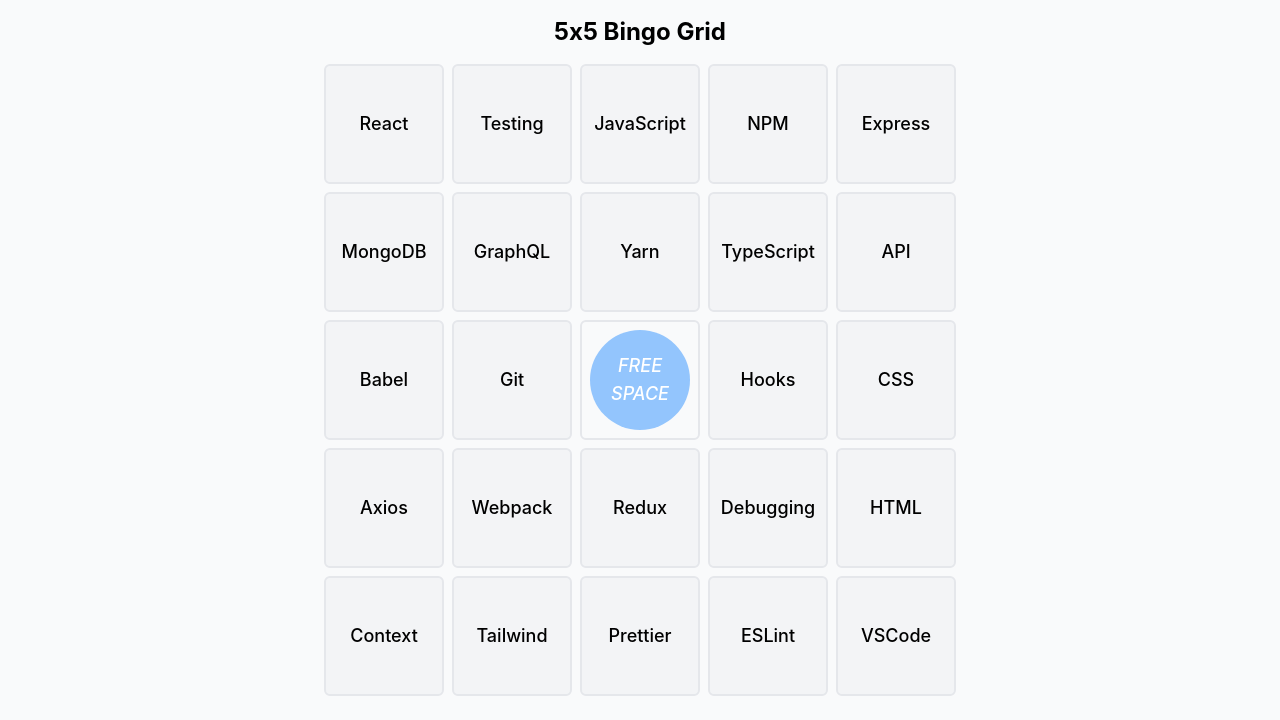
Repository: yassirbn/football-bingo
Page: /
An editor plug-in stored every save of this project. The page is shown before and after the next save, followed by the edit.
The browser window is 1280 px wide. The pictures show the whole page.
The project was rebuilt for these pictures with package versions that can differ from the ones it lists, and the page was loaded fresh each time.

Above is the page before, as saved 2024-11-26 18:21:55.

### src/index.css

@import url('https://fonts.googleapis.com/css2?family=Caveat:wght@400;700&display=swap');

@tailwind base;
@tailwind components;
@tailwind utilities;


body {
  margin: 0;
  font-family: -apple-system, BlinkMacSystemFont, 'Segoe UI', 'Roboto', 'Oxygen',
    'Ubuntu', 'Cantarell', 'Fira Sans', 'Droid Sans', 'Helvetica Neue',
    sans-serif;
  -webkit-font-smoothing: antialiased;
  -moz-osx-font-smoothing: grayscale;
}

code {
  font-family: source-code-pro, Menlo, Monaco, Consolas, 'Courier New',
    monospace;
}

### src/App.js
import React from "react";
import BingoGrid from "./component/BingoGrid/BingoGrid";


const App = () => {
  const words = [
    "React", "JavaScript", "CSS", "HTML", "Tailwind",
    "Redux", "API", "NodeJS", "Express", "MongoDB",
    "GraphQL", "TypeScript", "Hooks", "Context", "Webpack",
    "Babel", "Git", "NPM", "Yarn", "ESLint",
    "Prettier", "Testing", "Axios", "VSCode", "Debugging"
  ];

  return (
    <div className="min-h-screen bg-gray-50 flex items-center justify-center">
      <BingoGrid words={words} />
    </div>
  );
};

export default App;

### src/component/BingoGrid/BingoGrid.js
import React, { useState } from "react";

const BingoGrid = ({ words }) => {
  const gridSize = 5; // 5x5 grid
  const totalCells = gridSize * gridSize;

  // Shuffle words only once and store in state
  const initializeGrid = () => {
    const shuffledWords = [...words].sort(() => 0.5 - Math.random()).slice(0, totalCells);

    // Fill with placeholders if not enough words
    while (shuffledWords.length < totalCells) {
      shuffledWords.push("PLACEHOLDER");
    }

    // Replace the center cell with "FREE SPACE"
    const centerIndex = Math.floor(totalCells / 2);
    shuffledWords[centerIndex] = "FREE SPACE";

    return shuffledWords;
  };

  const [gridWords] = useState(initializeGrid);
  const [selectedCells, setSelectedCells] = useState(
    Array(totalCells).fill(false).map((_, i) => i === Math.floor(totalCells / 2)) // Center (FREE SPACE) is pre-selected
  );
  const [bingo, setBingo] = useState(false);

  // Handle cell click
  const handleCellClick = (index) => {
    if (gridWords[index] === "FREE SPACE" || selectedCells[index]) return; // Ignore clicks on FREE SPACE or already selected cells

    const updatedSelection = [...selectedCells];
    updatedSelection[index] = true;
    setSelectedCells(updatedSelection);

    // Check for Bingo
    checkForBingo(updatedSelection);
  };

  // Check for Bingo
  const checkForBingo = (selected) => {
    const checkLine = (line) => line.every((index) => selected[index]);

    // Generate all rows, columns, and diagonals
    const rows = Array.from({ length: gridSize }, (_, i) =>
      Array.from({ length: gridSize }, (_, j) => i * gridSize + j)
    );
    const cols = Array.from({ length: gridSize }, (_, i) =>
      Array.from({ length: gridSize }, (_, j) => j * gridSize + i)
    );
    const diagonal1 = Array.from({ length: gridSize }, (_, i) => i * gridSize + i);
    const diagonal2 = Array.from({ length: gridSize }, (_, i) => (i + 1) * gridSize - (i + 1));

    const lines = [...rows, ...cols, diagonal1, diagonal2];

    if (lines.some(checkLine)) {
      setBingo(true); // Set Bingo to true to trigger animations
    }
  };

  return (
    <div className="p-4 relative h-screen overflow-hidden">
      {/* Fireworks Animation */}
      {bingo && (
        <div className="absolute inset-0 z-20 flex justify-center items-center pointer-events-none">
          {/* Firework Particles */}
          {Array.from({ length: 300 }).map((_, idx) => (
            <div
              key={idx}
              className="fireworks-particle w-4 h-4 rounded-full absolute animate-fireworks"
              style={{
                "--x": `${Math.random() * 120 - 60}vw`, // Expanded X direction
                "--y": `${Math.random() * 120 - 60}vh`, // Expanded Y direction
                "--size": `${Math.random() * 10 + 5}px`, // Random size (larger particles)
                "--duration": `${Math.random() * 2 + 1.5}s`, // Increased duration for longer explosion
                "--delay": `${Math.random() * 0.5}s`, // Random delay
                backgroundColor: `hsl(${Math.random() * 360}, 100%, 50%)`, // Random color (HSL)
                transform: `rotate(${Math.random() * 360}deg)` // Random rotation for more chaos
              }}
            ></div>
          ))}
        </div>
      )}

      {/* Bingo Text Animation */}
      {bingo && (
        <div className="absolute inset-0 flex items-center justify-center z-10 animate-bingo-fade">
          <h2 className="text-7xl sm:text-8xl md:text-9xl lg:text-10xl font-extrabold text-red-600 animate-bingo-shake">
            BINGO!
          </h2>
        </div>
      )}

      {/* Bingo Grid */}
      <h1 className="text-center text-2xl font-bold mb-4">5x5 Bingo Grid</h1>
      <div
        className="grid gap-2"
        style={{
          gridTemplateColumns: `repeat(${gridSize}, minmax(50px, 1fr))`,
        }}
      >
        {gridWords.map((word, index) => (
          <div
            key={index}
            className={`flex items-center justify-center border-2 rounded-md text-center font-medium aspect-square p-2
              ${selectedCells[index] ? "bg-transparent" : "bg-gray-100 hover:bg-blue-200 cursor-pointer"}
              ${word === "FREE SPACE" ? "cursor-default" : ""}`}
            onClick={() => handleCellClick(index)}
          >
            <div
              className={`${
                selectedCells[index]
                  ? "bg-blue-300 text-white" // Selected cells get a blue background
                  : "bg-transparent"
              } rounded-full flex items-center justify-center py-3 px-6
              ${word === "FREE SPACE" ? "font-bold italic" : ""}`}
              style={{
                width: "100px", // Fixed width for the circle
                height: "100px", // Fixed height for the circle
                minWidth: "100px", // Ensures the circle doesn't shrink smaller than this
              }}
            >
              <span
                className={`text-xs sm:text-sm md:text-base lg:text-lg font-medium`}
              >
                {word}
              </span>
            </div>
          </div>
        ))}
      </div>
    </div>
  );
};

export default BingoGrid;

### tailwind.config.js
/** @type {import('tailwindcss').Config} */
module.exports = {
  content: ['./src/**/*.{js,jsx,ts,tsx}'],
  theme: {
    extend: {
      fontFamily: {
        handwritten: ["'Caveat'", "cursive"],
      },
      animation: {
        fireworks: "fireworks 1.5s ease-out forwards",
        "bingo-fade": "bingo-fade 2s ease-out forwards",
        "bingo-shake": "bingo-shake 0.5s ease-in-out infinite",
      },
      keyframes: {
        fireworks: {
          "0%": {
            transform: "scale(0) translate(0, 0)",
            opacity: 1,
          },
          "50%": {
            transform: "scale(1) translate(var(--x), var(--y))",
            opacity: 1,
          },
          "100%": {
            transform: "scale(2) translate(var(--x), var(--y))",
            opacity: 0,
          },
        },
        "bingo-fade": {
          "0%": { opacity: 0 },
          "100%": { opacity: 1 },
        },
        "bingo-shake": {
          "0%": { transform: "rotate(0)" },
          "25%": { transform: "rotate(5deg)" },
          "50%": { transform: "rotate(0)" },
          "75%": { transform: "rotate(-5deg)" },
          "100%": { transform: "rotate(0)" },
        },
      },
    },
  },
  plugins: [],
}

Loaded but not shown: public/index.html (common file); src/index.js (common file); src/reportWebVitals.js (common file)

After the next save:
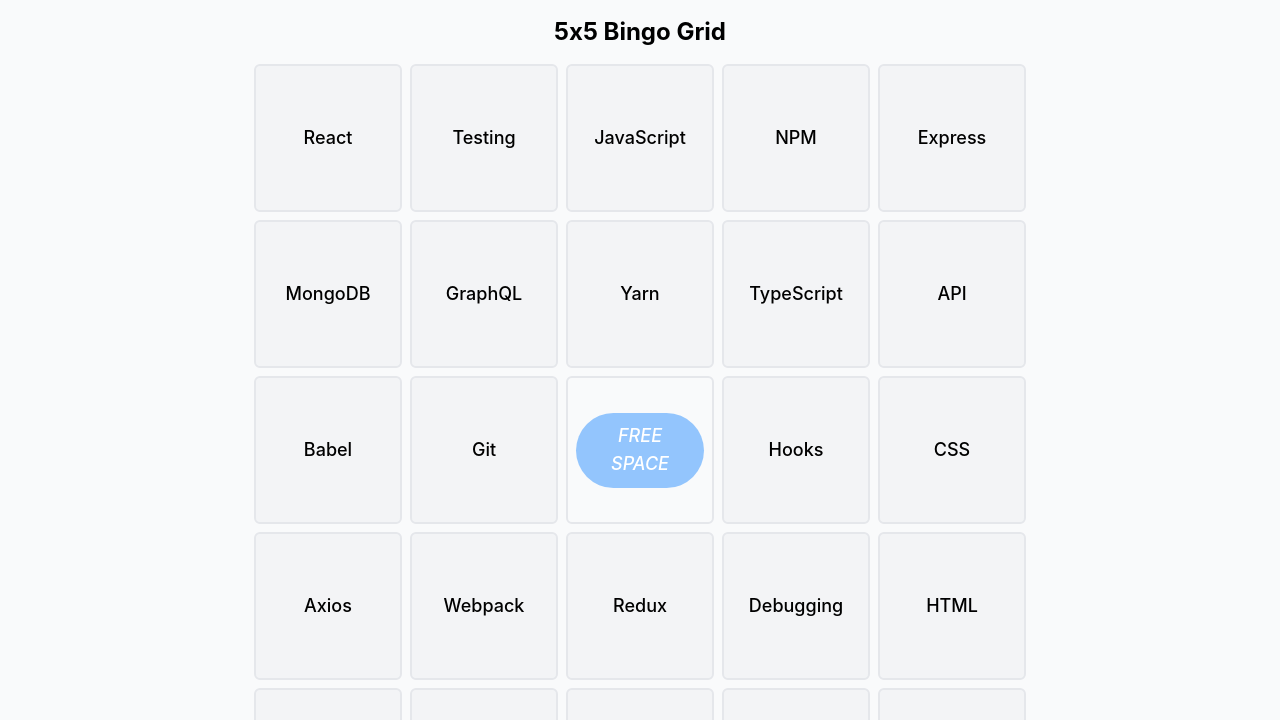
Saved 2 min 56 s later.
--- a/src/component/BingoGrid/BingoGrid.js
+++ b/src/component/BingoGrid/BingoGrid.js
@@ -113,12 +113,13 @@ const BingoGrid = ({ words }) => {
                 selectedCells[index]
                   ? "bg-blue-300 text-white" // Selected cells get a blue background
                   : "bg-transparent"
-              } rounded-full flex items-center justify-center py-3 px-6
-              ${word === "FREE SPACE" ? "font-bold italic" : ""}`}
+              } rounded-full flex items-center justify-center
+              ${word === "FREE SPACE" ? "font-bold italic" : ""}
+              py-3 px-6 sm:py-4 sm:px-8 md:py-6 md:px-12 lg:py-8 lg:px-16`}
               style={{
-                width: "100px", // Fixed width for the circle
-                height: "100px", // Fixed height for the circle
-                minWidth: "100px", // Ensures the circle doesn't shrink smaller than this
+                width: "75px", // Adjusted for mobile/tablet responsiveness
+                height: "75px", // Adjusted for mobile/tablet responsiveness
+                minWidth: "75px", // Ensures the circle doesn't shrink smaller than this
               }}
             >
               <span
